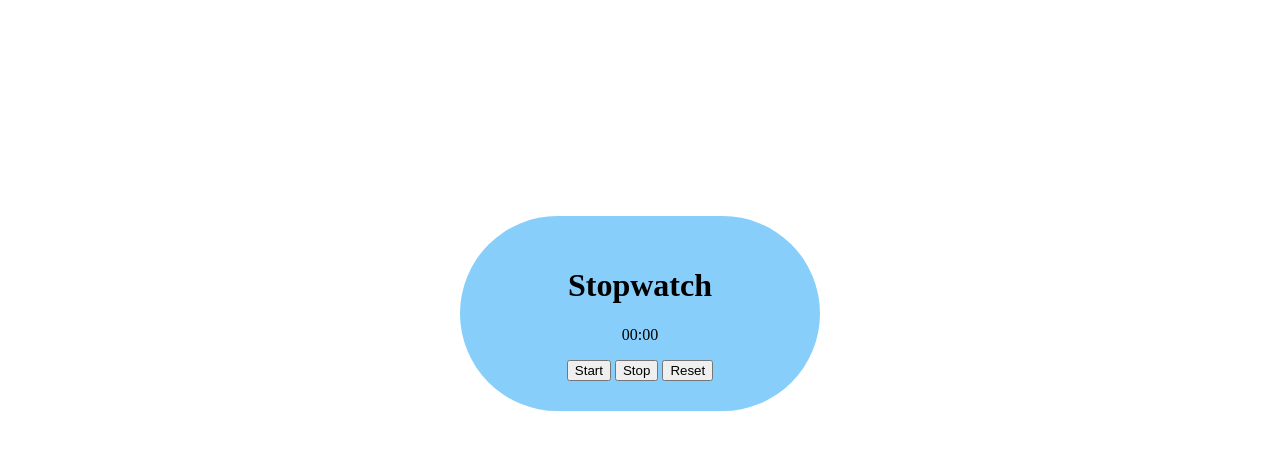
Repository: LeyaAbraham/web-dev
Page: clock.html
These files come from the project's save history. The page is drawn as it stood at one moment and after the next save; the edit follows.
The browser window is 1280 px wide. The pictures show the whole page.

Above is the page before, as saved 2021-01-05 23:09:39.

After the next save:
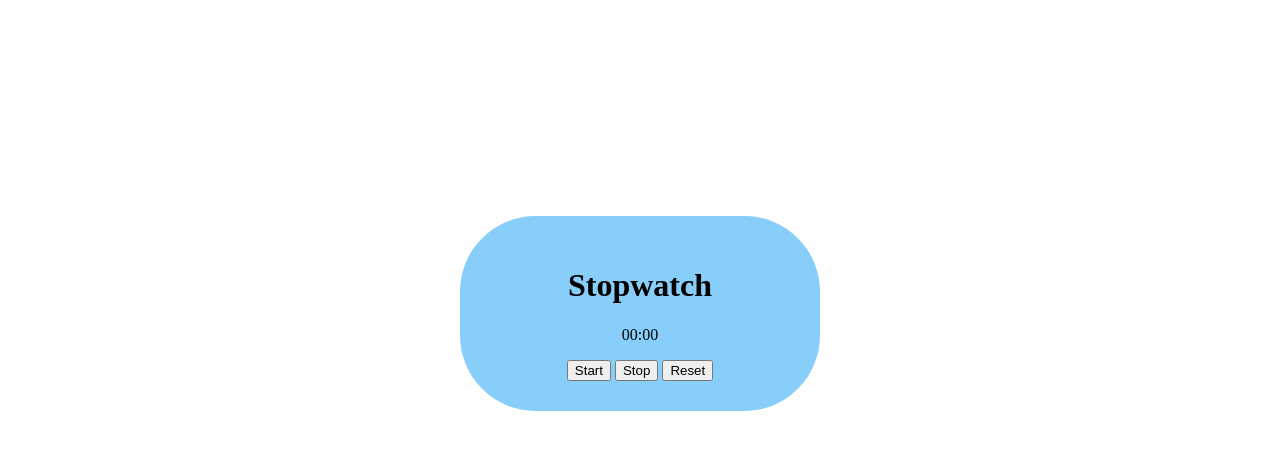
Saved 6 s later.
--- a/style.css
+++ b/style.css
@@ -1,7 +1,7 @@
 #wrap {
     background-color: lightskyblue;
     border-color: lightyellow;
-    border-radius: 3cm;
+    border-radius: 2cm;
     text-align: center;
     padding: 30px;
     margin: 30px;
